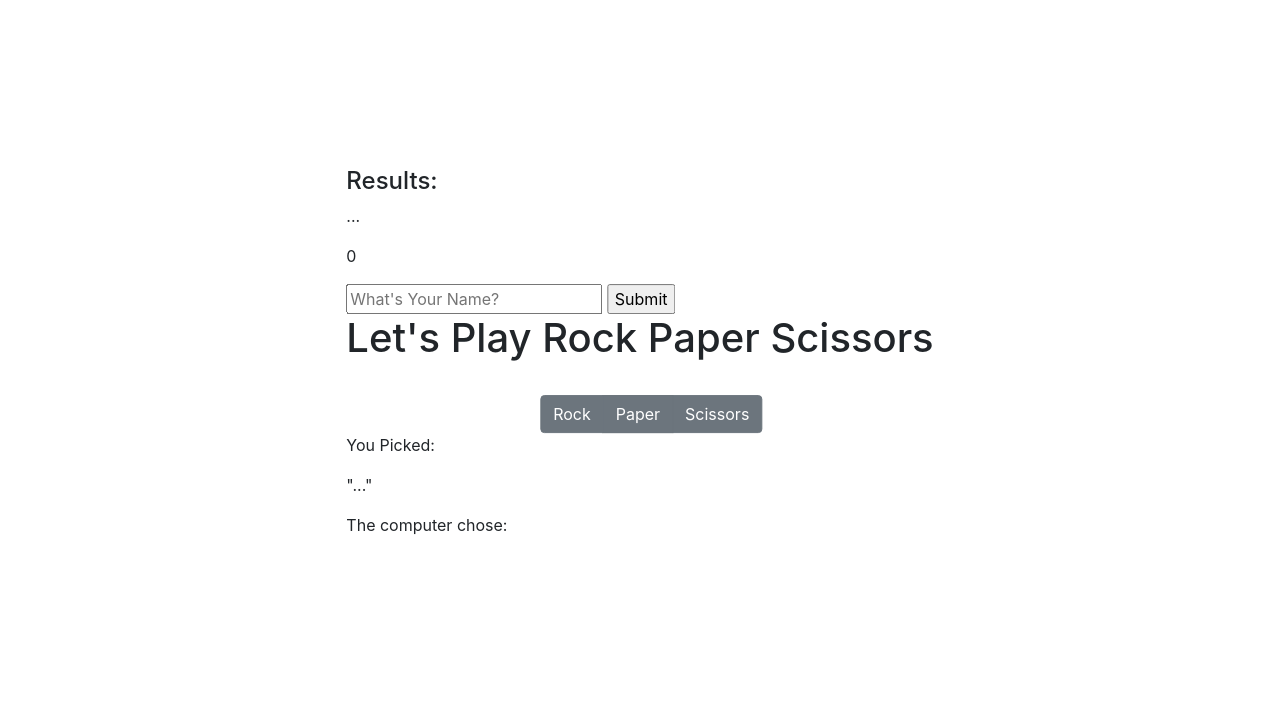
Repository: mskurnickcode/coupleDo
Page: http://localhost/
The author's editor kept a record of every edit. The page is drawn from the files as they stood at one moment, then again after the next edit.
The browser window is 1280 px wide. The pictures show the whole page.
The page is served by the project's application, run on Flask 3 (Rock/application.py).

Above is the page before.

After the next edit:
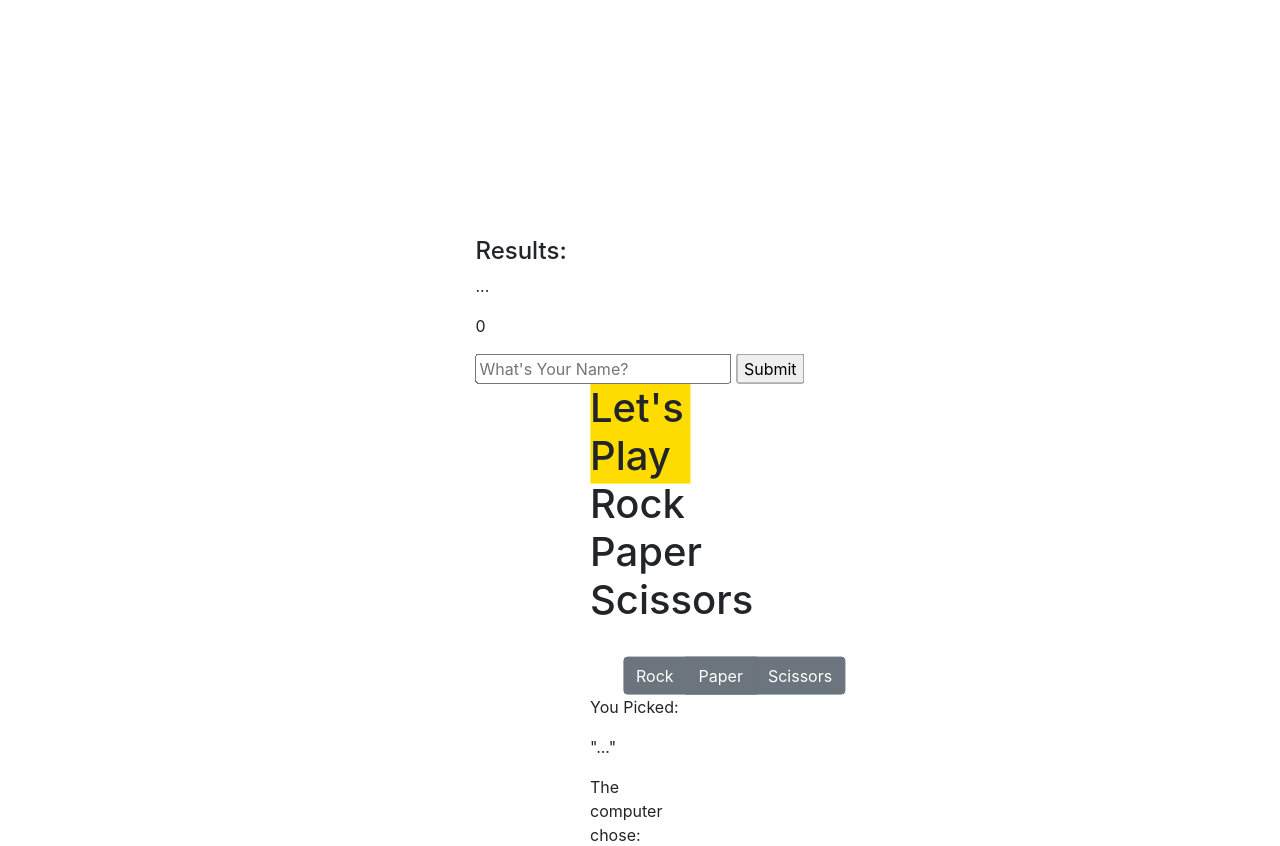
The edit:
--- a/ubuntu/Rock/static/css_image/styles.css
+++ b/ubuntu/Rock/static/css_image/styles.css
@@ -11,7 +11,7 @@
     transform: translate(-50%, -50%);
 }
 
-.yellow-square {
+.center {
   background-color: #FFDC00;
   width: 100px;
   height: 100px;
